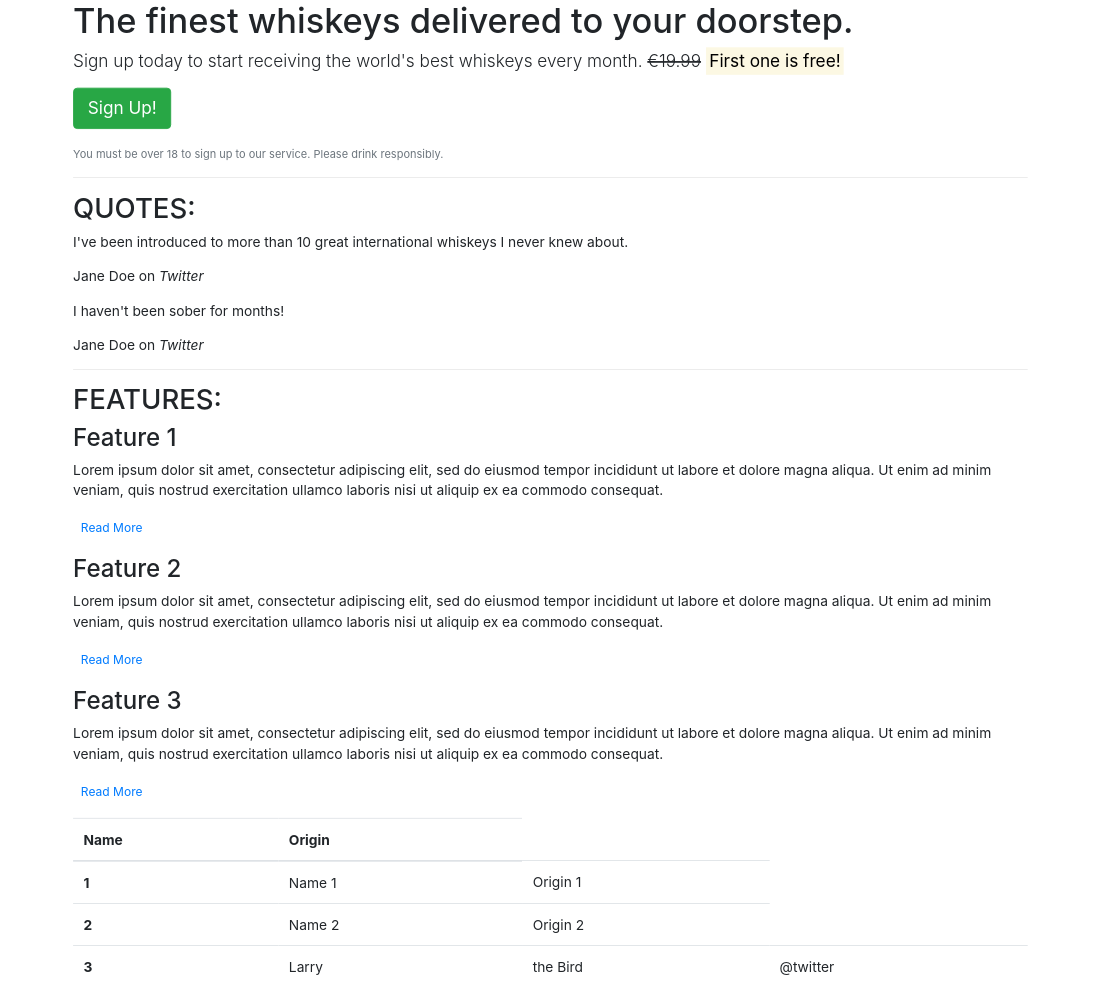
Repository: ElaineArchbold/bootstrap_landing_page1
Page: index.html
The author's editor kept a record of every edit. The page is drawn from the files as they stood at one moment, then again after the next edit.
The browser window is 1280 px wide. The pictures show the whole page, at 86% of full size.

Above is the page before.

### index.html
<!DOCTYPE html>
<html lang="en-us">

<head>
    <meta charset="utf-8">
    <meta name="viewport" content="width=device-width, initial-scale=1.0">
    <title>Whiskey Drop | Taste a new whiskey every month</title>
    <link rel="stylesheet" href="https://maxcdn.bootstrapcdn.com/bootstrap/4.1.3/css/bootstrap.min.css">
</head>

<body>
    <article class="container">
        <!-- Callout -->
        <section class="callout">
            <h1>The finest whiskeys delivered to your doorstep.</h1>
            <p class="lead">Sign up today to start receiving the world's best whiskeys every month. <s>€19.99</s> <strong><mark>First one is free!</mark></strong></p>
            <p><button class="btn btn-lg btn-success">Sign Up!</button></p>
            <p class="text-muted"><small>You must be over 18 to sign up to our service. Please drink responsibly.</small></p>
        </section>
        <!-- /.callout -->
        <hr>

        <!-- Quotes -->
        <section class="quotes">
            <h2 class="text-uppercase">Quotes:</h2>
            <blockquote class="quote">
                <p>I've been introduced to more than 10 great international whiskeys I never knew about.</p>
                <footer>Jane Doe on <cite title="Twitter">Twitter</cite></footer>
            </blockquote>
            <blockquote class="quote">
                <p>I haven't been sober for months!</p>
                <footer>Jane Doe on <cite title="Twitter">Twitter</cite></footer>
            </blockquote>
        </section>
        <!-- /.quotes -->
        <hr>

        <!-- Features -->
        <section class="features">
            <h2 class="text-uppercase">Features:</h2>
            <div class="feature">
                <h3>Feature 1</h3>
                <p>Lorem ipsum dolor sit amet, consectetur adipiscing elit, sed do eiusmod tempor incididunt ut labore et dolore magna aliqua. Ut enim ad minim veniam, quis nostrud exercitation ullamco laboris nisi ut aliquip ex ea commodo consequat.</p>
                <p><a class="btn btn-sm btn-default" href="">Read More</a></p>
            </div>
            <div class="feature">
                <h3>Feature 2</h3>
                <p>Lorem ipsum dolor sit amet, consectetur adipiscing elit, sed do eiusmod tempor incididunt ut labore et dolore magna aliqua. Ut enim ad minim veniam, quis nostrud exercitation ullamco laboris nisi ut aliquip ex ea commodo consequat.</p>
                <p><a class="btn btn-sm btn-default" href="">Read More</a></p>
            </div>
            <div class="feature">
                <h3>Feature 3</h3>
                <p>Lorem ipsum dolor sit amet, consectetur adipiscing elit, sed do eiusmod tempor incididunt ut labore et dolore magna aliqua. Ut enim ad minim veniam, quis nostrud exercitation ullamco laboris nisi ut aliquip ex ea commodo consequat.</p>
                <p><a class="btn btn-sm btn-default" href="">Read More</a></p>
            </div>
        </section>
        <!-- /.features -->

        <section class="monthly-favourites">
            <table class="table">
  <thead>
    <tr>
      <th scope="col">Name</th>
      <th scope="col">Origin</th>
    </tr>
  </thead>
  <tbody>
    <tr>
      <th scope="row">1</th>
      <td>Name 1</td>
      <td>Origin 1</td>
    </tr>
    <tr>
       <th scope="row">2</th>
      <td>Name 2</td>
      <td>Origin 2</td>
    </tr>
    <tr>
      <th scope="row">3</th>
      <td>Larry</td>
      <td>the Bird</td>
      <td>@twitter</td>
    </tr>
  </tbody>
</table>

        </section>
    </article>
</body>

</html>

After the next edit:
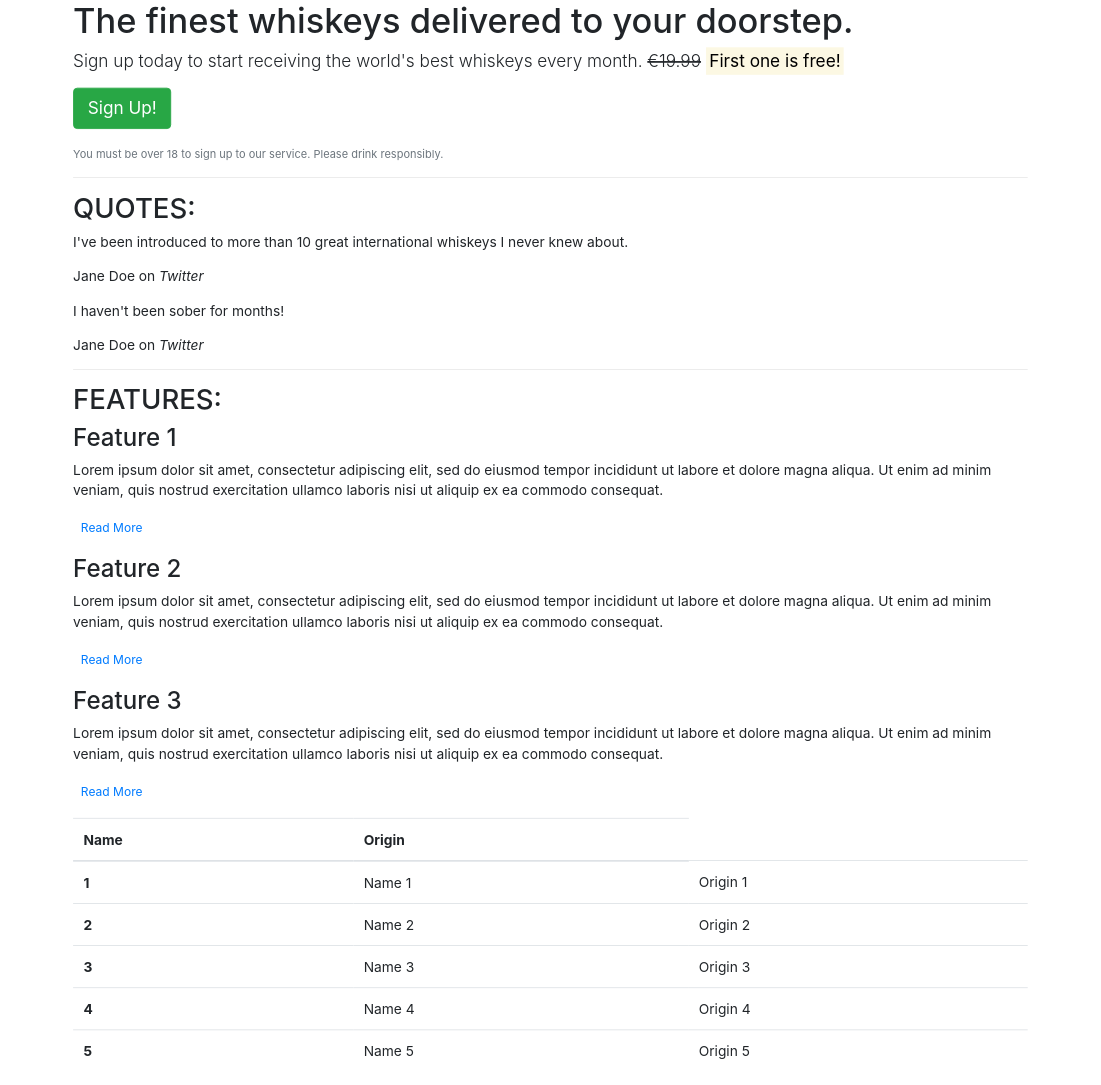
The edit:
--- a/index.html
+++ b/index.html
@@ -76,10 +76,19 @@
       <td>Origin 2</td>
     </tr>
     <tr>
-      <th scope="row">3</th>
-      <td>Larry</td>
-      <td>the Bird</td>
-      <td>@twitter</td>
+     <th scope="row">3</th>
+      <td>Name 3</td>
+      <td>Origin 3</td>
+    </tr>
+      <tr>
+     <th scope="row">4</th>
+      <td>Name 4</td>
+      <td>Origin 4</td>
+    </tr>
+      <tr>
+     <th scope="row">5</th>
+      <td>Name 5</td>
+      <td>Origin 5</td>
     </tr>
   </tbody>
 </table>
